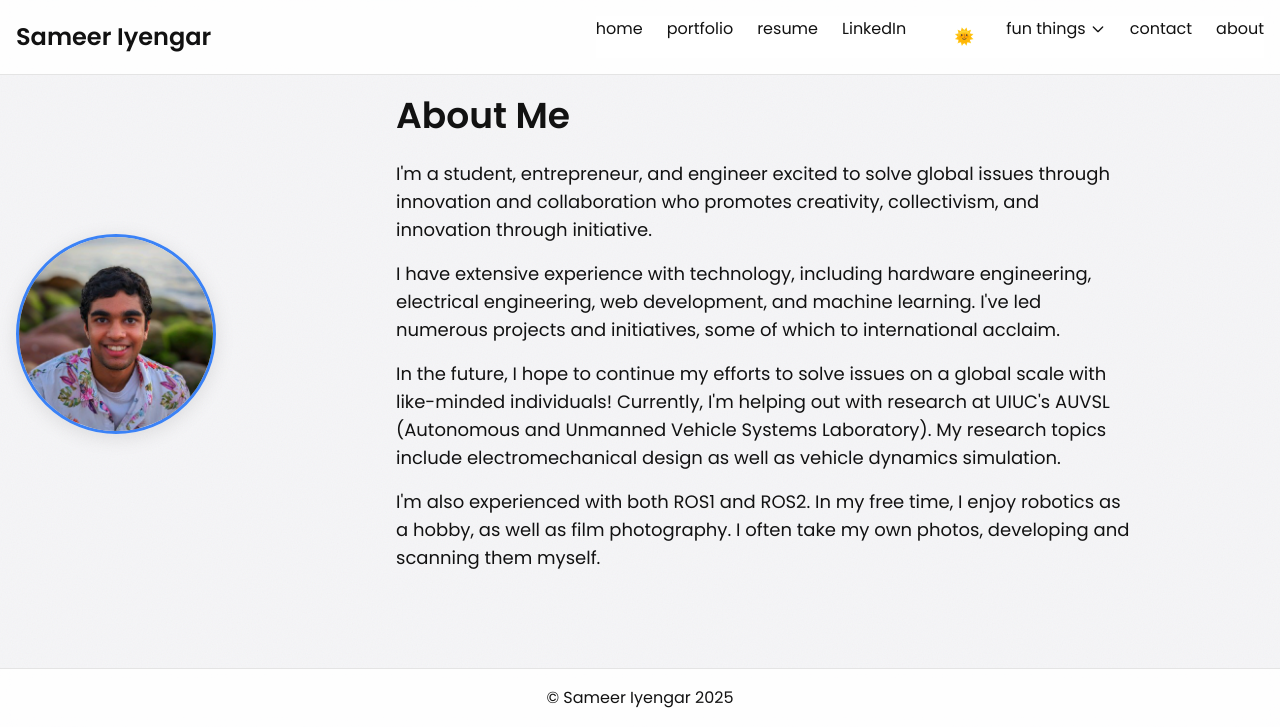
Repository: siyengar04/siyengar04.github.io
Page: about.html
An editor plug-in stored every save of this project. The page is shown before and after the next save, followed by the edit.
The browser window is 1280 px wide. The pictures show the whole page.

Above is the page before, as saved 2025-07-07 12:20:32.

After the next save:
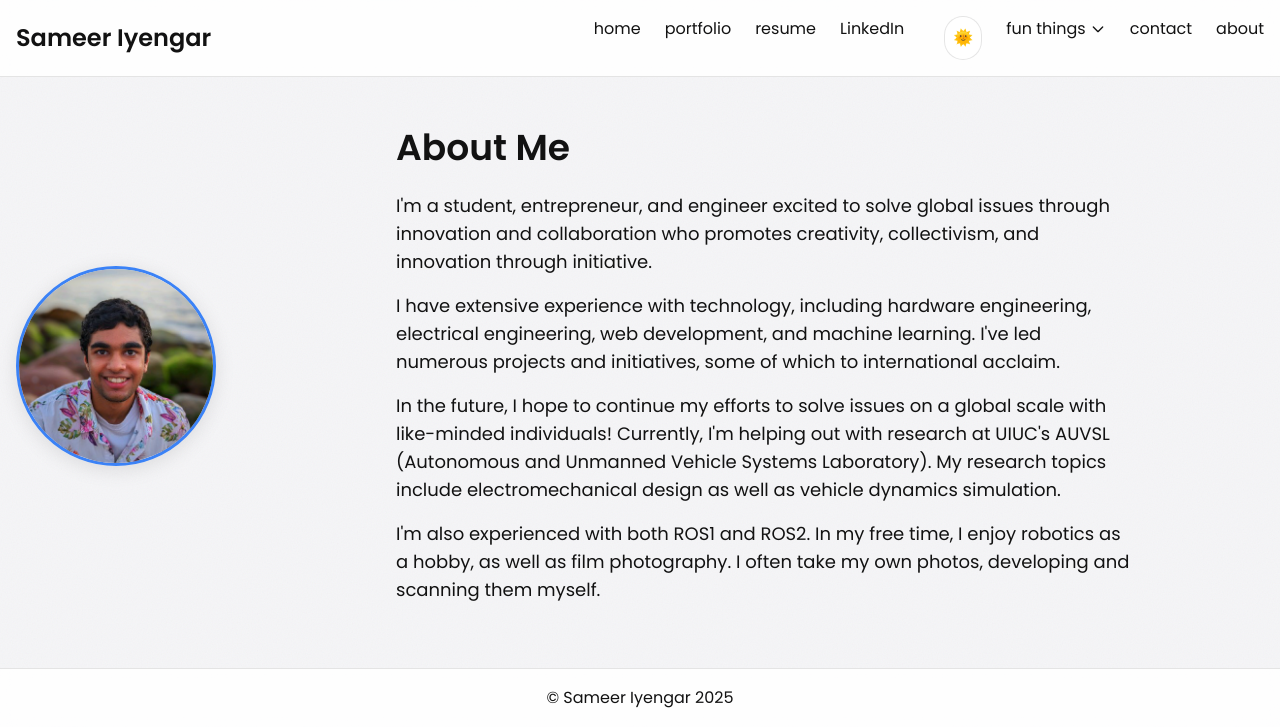
Saved 5 min 12 s later.
--- a/about.html
+++ b/about.html
@@ -57,18 +57,18 @@
             padding: 0;
         }
 
-        /* Glassmorphism elements */
-        header, .glass-panel, footer, nav, ul {
+        /* Glassmorphism Navigation Bar */
+        header {
+            position: fixed;
+            top: 0;
+            width: 100%;
             background: var(--glass-light) !important;
             backdrop-filter: blur(12px);
             -webkit-backdrop-filter: blur(12px);
-            border-color: var(--border-light) !important;
+            border-bottom: 1px solid var(--border-light);
             color: var(--glass-text) !important;
-        }
-
-        /* Header specific */
-        header {
-            border-bottom: 1px solid var(--border-light);
+            z-index: 100;
+            padding: 1rem 0;
         }
 
         /* Navigation */
@@ -86,7 +86,7 @@
         #theme-toggle {
             background: var(--glass-light);
             backdrop-filter: blur(10px);
-            /* border: 1px solid var(--border-light); */
+            border: 1px solid var(--border-light);
             transition: all 0.3s ease;
         }
 
@@ -96,7 +96,7 @@
 
         /* About section */
         #about {
-            padding: 6rem 0;
+            padding: 8rem 0 4rem; /* Adjusted for fixed header */
             min-height: calc(100vh - 120px);
             display: flex;
             flex-direction: column;
@@ -126,12 +126,13 @@
         /* Dropdown menu */
         .desktop-dropdown-menu {
             margin-top: 0.5rem;
-            pointer-events: auto;
             background: var(--glass-light);
             backdrop-filter: blur(12px);
+            -webkit-backdrop-filter: blur(12px);
             border: 1px solid var(--border-light);
             border-radius: 8px;
             overflow: hidden;
+            box-shadow: 0 8px 32px rgba(0, 0, 0, 0.1);
         }
 
         .desktop-dropdown:hover .desktop-dropdown-menu {
@@ -140,12 +141,16 @@
 
         /* Footer */
         footer {
+            background: var(--glass-light);
+            backdrop-filter: blur(12px);
+            -webkit-backdrop-filter: blur(12px);
             border-top: 1px solid var(--border-light);
+            padding: 1rem 0;
         }
 
         @media (max-width: 768px) {
             #about {
-                padding: 4rem 0;
+                padding: 6rem 0 2rem;
             }
 
             .profile-image {
@@ -153,12 +158,22 @@
                 height: 150px;
                 margin-bottom: 2rem;
             }
+
+            #nav-menu {
+                background: var(--glass-light);
+                backdrop-filter: blur(12px);
+                -webkit-backdrop-filter: blur(12px);
+                border: 1px solid var(--border-light);
+                border-radius: 8px;
+                padding: 1rem;
+                margin-top: 0.5rem;
+            }
         }
     </style>
 </head>
 
 <body>
-    <header class="fixed top-0 z-10 w-full py-4">
+    <header class="fixed top-0 z-10 w-full">
         <div class="container flex items-center justify-between px-4 mx-auto">
             <h1 class="text-2xl font-semibold">Sameer Iyengar</h1>
             <div class="md:hidden">
@@ -218,7 +233,7 @@
         </section>
     </main>
 
-    <footer class="py-4 text-center">
+    <footer class="text-center">
         <div class="container mx-auto">
             <p>&copy; Sameer Iyengar 2025</p>
         </div>
